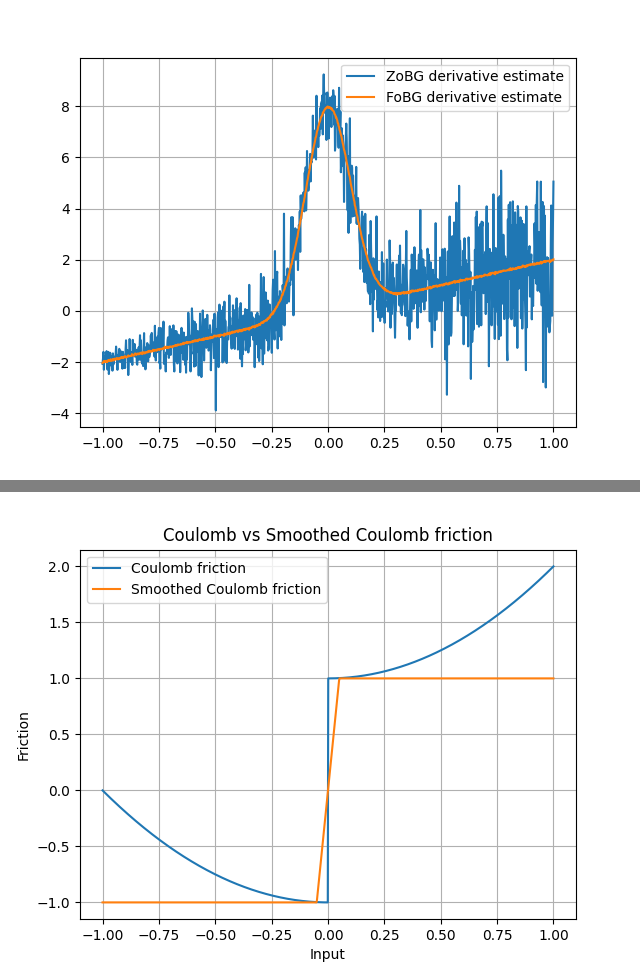
Repository: oomcth/Gradient-smoothing
Script's output: python test.py
These files come from the project's save history. The script's output is drawn as it stood at one moment and after the next save; the edit follows.
Each picture stacks the figures in order, with grey between them; figures that are only written to a file come last. Random numbers start from a fixed seed.

Above is the script's output before, as saved 2025-11-21 19:32:26.

After the next save:
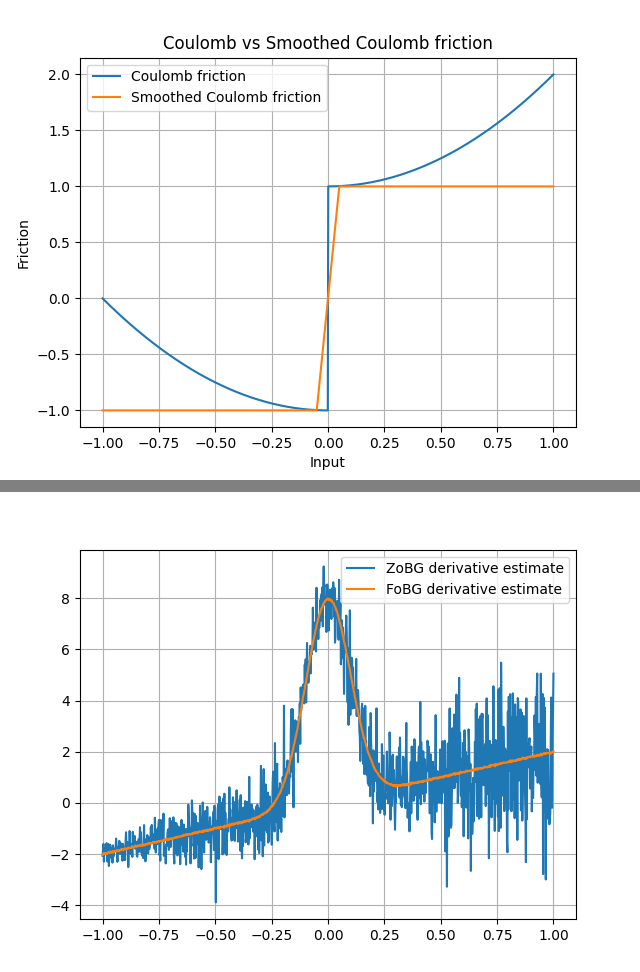
Saved 40 min 28 s later.
--- a/test.py
+++ b/test.py
@@ -65,5 +65,5 @@ def visualize_coulomb_derivatives():
     plt.show()
 
 
+visualize_coulomb(t)
 visualize_coulomb_derivatives()
-visualize_coulomb(t)
